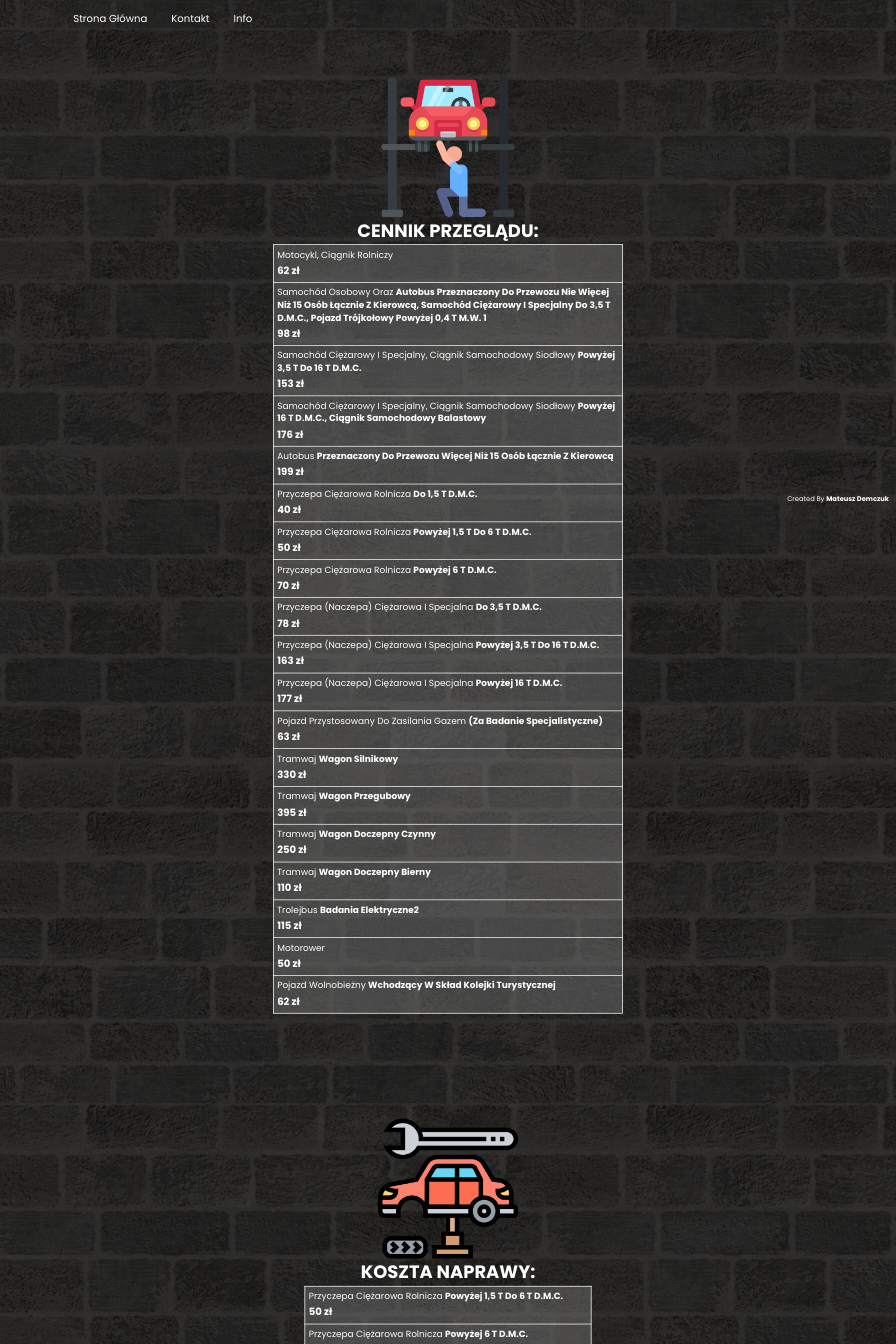
Repository: carsbrike/IwoCarsNew
Page: info.html
An editor plug-in stored every save of this project. The page is shown before and after the next save, followed by the edit.
The browser window is 1280 px wide. The pictures show the part of the page from y = 0 to 1920 px (the page is 3850 px tall), at 70% of full size.

Above is the page before, as saved 2024-05-20 15:26:48.
Console error: TypeError: Cannot set properties of null (setting 'onclick')

After the next save:
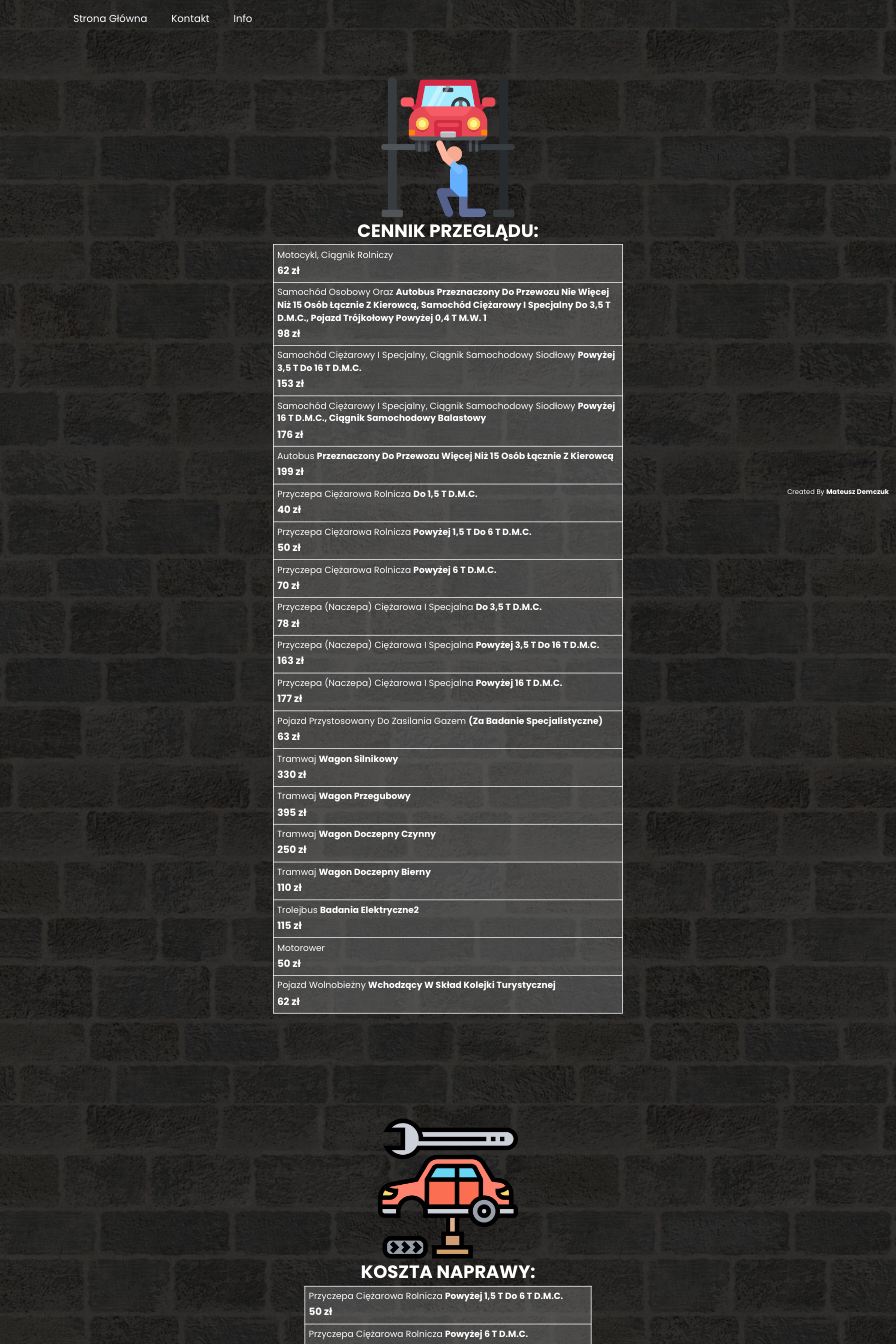
Saved 59 s later.
--- a/file/css/dist/style.css
+++ b/file/css/dist/style.css
@@ -254,7 +254,7 @@ body footer {
   width: 100%;
   position: fixed;
   z-index: 99;
-  bottom: 0;
+  bottom: 10px;
   display: flex;
   justify-content: flex-end;
   align-items: center;
